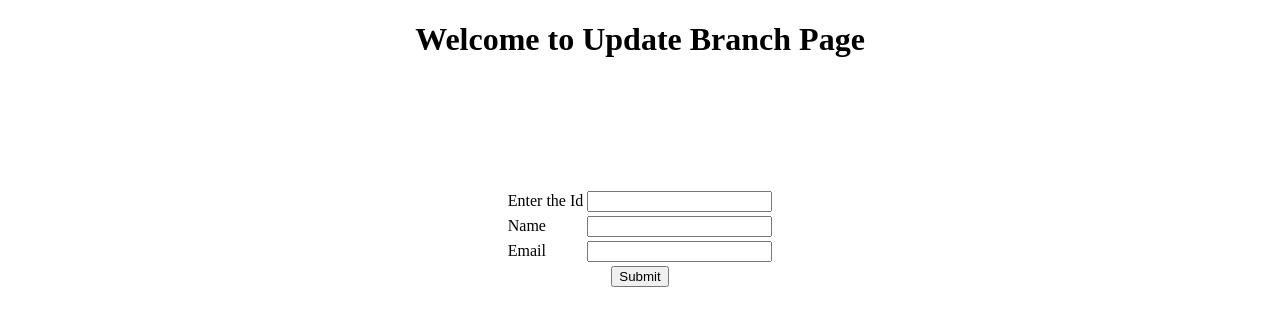
Repository: Jeevith-U/Advance-Java
Page: http://localhost/Food_App/updatebranch.jsp
An editor plug-in stored every save of this project. The page is shown before and after the next save, followed by the edit.
The browser window is 1280 px wide. The pictures show the whole page.
The page is served by Tomcat 9. Other server files are loaded and not shown.

Above is the page before, as saved 2023-08-22 17:58:39.

### Projects/Food_App/src/main/webapp/updatebranch.jsp
<%@ page language="java" contentType="text/html; charset=ISO-8859-1"
    pageEncoding="ISO-8859-1"%>
<!DOCTYPE html>
<html>
<head>
    <meta charset="UTF-8">
    <meta name="viewport" content="width=device-width, initial-scale=1.0">
    <title>Update Branch</title>

    <style>
        table{
            display: flex;
            justify-content: center;
            align-items: center;
        }
    </style>
</head>
<body>

    <h1 align="center">Welcome to Update Branch Page</h1>

    <form action="" method="post">

        <table>

            <tr>
                <td><label for="id">Enter the Id</label></td>
                <td><input type="text" id="id" name="id"></td>
            </tr>
            <br>
            <br>
            <tr>
                <td><label for="name">Name</label></td>
                <td><input type="text" id="name" name="name"></td>
            </tr>
            <br>
            <br>
            <tr>
                <td><label for="email">Email</label></td>
                <td><input type="email" id="email" name="email"></td>
            </tr>
            <br>
            <br>
            <tr>
                <td colspan="2" align="center"><input type="submit" value="Submit"></td>
            </tr>

        </table>

    </form>

</body>
</html>

After the next save:
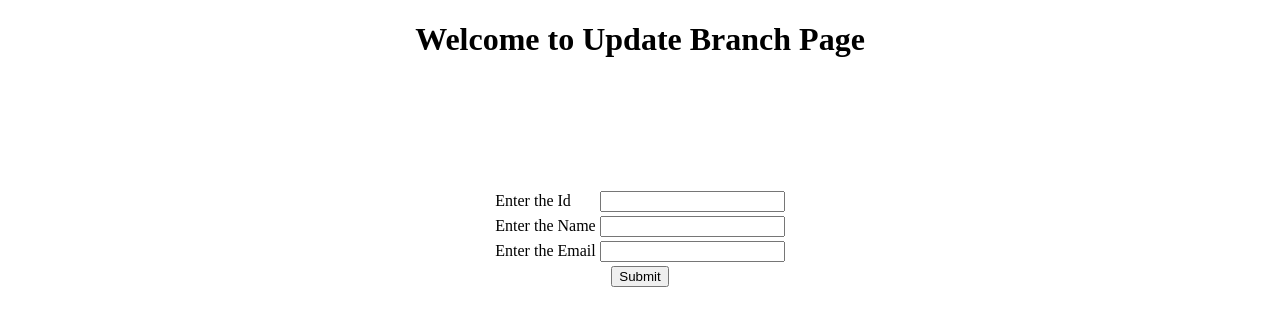
Saved 17 s later.
--- a/Projects/Food_App/src/main/webapp/updatebranch.jsp
+++ b/Projects/Food_App/src/main/webapp/updatebranch.jsp
@@ -30,13 +30,13 @@
             <br>
             <br>
             <tr>
-                <td><label for="name">Name</label></td>
+                <td><label for="name">Enter the Name</label></td>
                 <td><input type="text" id="name" name="name"></td>
             </tr>
             <br>
             <br>
             <tr>
-                <td><label for="email">Email</label></td>
+                <td><label for="email">Enter the Email</label></td>
                 <td><input type="email" id="email" name="email"></td>
             </tr>
             <br>
